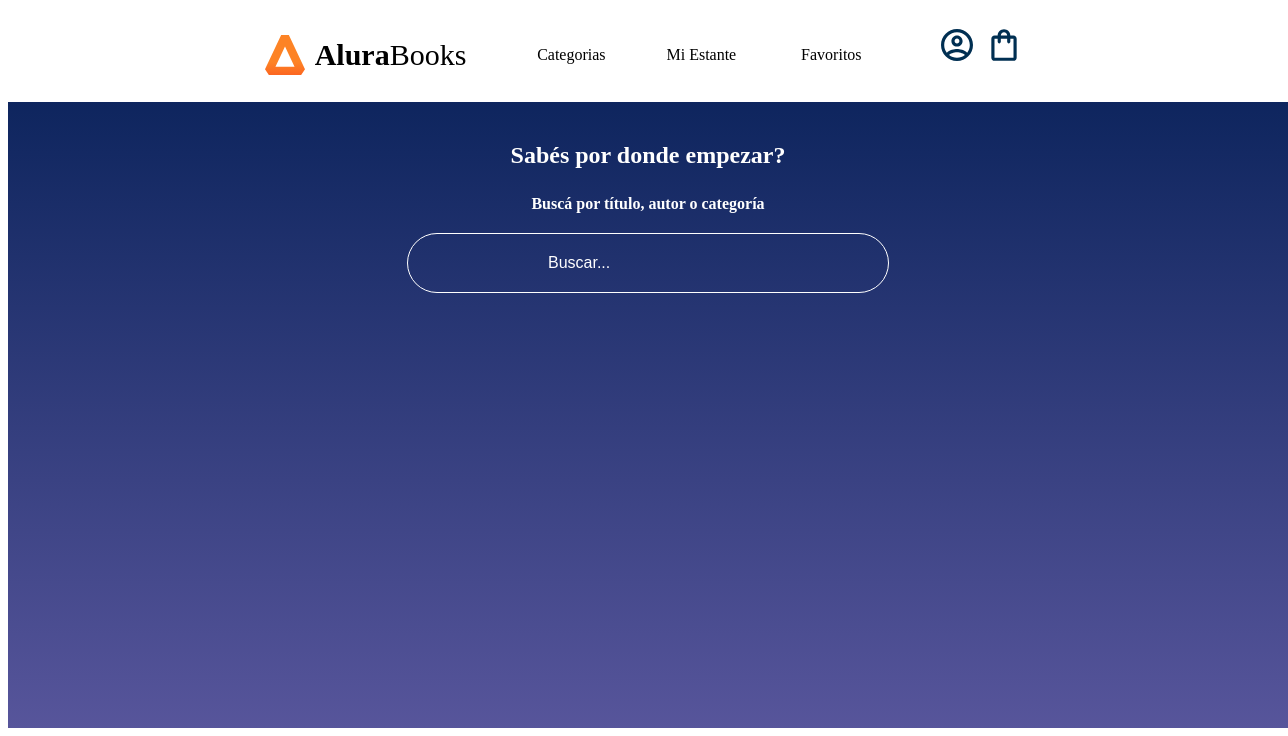
Repository: SandroG1977/Alura.Books
Page: /
An editor plug-in stored every save of this project. The page is shown before and after a run of saves, followed by the edit.
The browser window is 1280 px wide. The page is 1288 px wide, so the pictures cover 1288 px, including what lies to the right of the window. The pictures show the whole page.
The project was rebuilt for these pictures with package versions that can differ from the ones it lists, and the page was loaded fresh each time.

Above is the page before, as saved 2026-04-09 16:31:49.

After the next 3 saves:
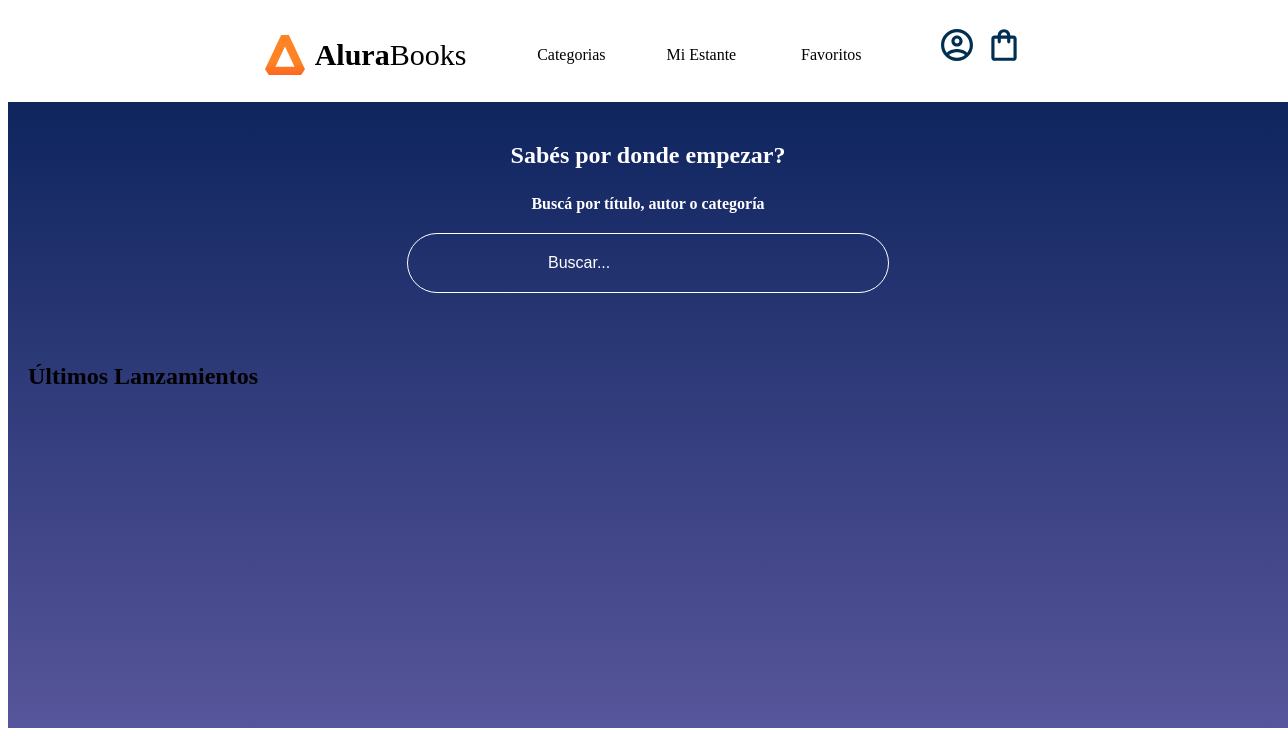
The 3 saves are shown as one change because 2 did not build or start.
The last was saved 61 s later.
--- a/src/App.js
+++ b/src/App.js
@@ -1,6 +1,7 @@
 import styled from 'styled-components';
 import Header from './components/Header';
 import Search from './components/Search';
+import UltimosLanzamientos from './components/UltimoLanzamientos';
 
 const AppContainer = styled.div`
   width: 100vw;
@@ -13,16 +14,12 @@
 }
 `;
 
-const UltimosLanzamientos = styled.section`
-  padding: 20px;
-`;
-
 function App() {
   return (
     <AppContainer>
       <Header />
       <Search />
-      <UltimosLanzamientos>   </UltimosLanzamientos>
+      <UltimosLanzamientos />
     </AppContainer>
   );
 }
--- a/src/components/UltimoLanzamientos/index.js
+++ b/src/components/UltimoLanzamientos/index.js
@@ -3,7 +3,7 @@
   padding: 20px;
 `;
 
-function UltimosLanzamientos() {
+function UltimosLanzamientosComponent() {
     return (
         <UltimosLanzamientos>
             <h2>Últimos Lanzamientos</h2>
@@ -12,4 +12,4 @@
     );
 }
 
-export default UltimosLanzamientos;
+export default UltimosLanzamientosComponent;
